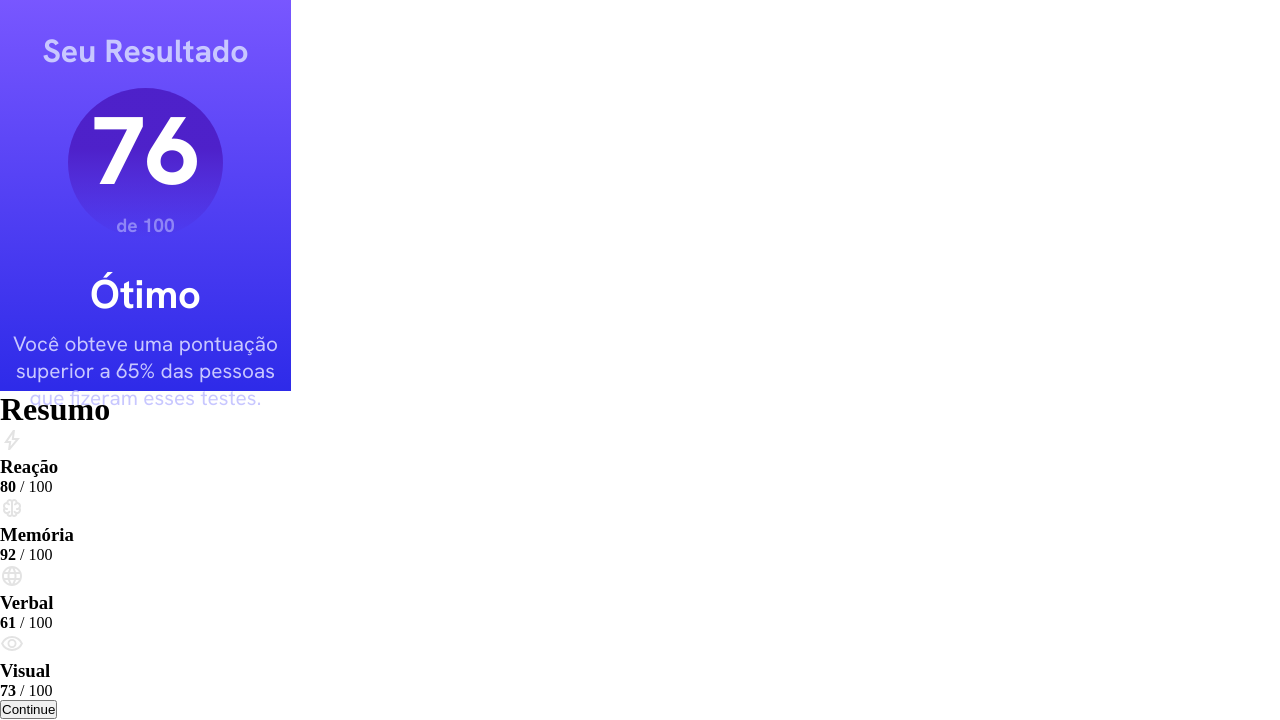
Repository: caique2512/resumo-de-resultados
Page: index.html
An editor plug-in stored every save of this project. The page is shown before and after the next save, followed by the edit.
The browser window is 1280 px wide. The pictures show the whole page.

Above is the page before, as saved 2026-03-09 17:11:20.

### index.html
<!DOCTYPE html>
<html lang="pt-br">
<head>
    <meta charset="UTF-8">
    <meta name="viewport" content="width=device-width, initial-scale=1.0">
    <title>Resumo de Resultados</title>
    <link rel="stylesheet" href="src/css/estilos.css">
    <link rel="stylesheet" href="src/css/reset.css">
</head>
<body>
    <main class="conteudo">
        <div class="principal">
            <h1 class="titulo">Seu Resultado</h1>
            <div class="circulo">
                <h2>76</h2>
                <p>de 100</p>
            </div>
            <h2 class="resultado">Ótimo</h2>
            <p class="subtitle">Você obteve uma pontuação superior a 65% das pessoas que fizeram esses testes.</p>
        </div>
        <div>
            <h1 class="titulo1">Resumo</h1>
            <div class="classes">
                <div class="resumo1">
                    <img src="./src/images/raio.svg" alt="Raio">
                    <h3>Reação</h3>
                    <p><strong>80</strong> / 100</p>
                </div>
                <div class="resumo2">
                    <img src="./src/images/memoria.svg" alt="Memória">
                    <h3>Memória</h3>
                    <p><strong>92</strong> / 100</p>
                </div>
                <div class="resumo3">
                    <img src="./src/images/mensagem.svg" alt="Mensagem">
                    <h3>Verbal</h3>
                    <p><strong>61</strong> / 100</p>
                </div>
                <div class="resumo4">
                    <img src="./src/images/olho.svg" alt="olho">
                    <h3>Visual</h3>
                    <p><strong>73</strong> / 100</p>
                </div>
            </div>
            <button class="btn-resumo">Continue</button>
        </div>
    </main>
</body>
</html>

### src/css/estilos.css
@import url('https://fonts.googleapis.com/css2?family=Hanken+Grotesk:ital,wght@0,100..900;1,100..900&display=swap');


.principal {
    background: linear-gradient(hsl(252, 100%, 67%), hsl(241, 81%, 54%));
    width: 291px;
    height: 391px;
    display: flex;
    flex-direction: column;
    align-items: center;
}

.titulo {
    color: hsl(241, 100%, 89%);
    font-family: "Hanken Grotesk";
    margin-top: 30px;
    font-size: 2rem;
}

.circulo {
    background: linear-gradient(hsla(256, 72%, 46%, 1) 40%, hsla(241, 72%, 46%, 0));
    width: 155px;
    height: 155px;
    border-radius: 50%;
    display: flex;
    align-items: center;
    justify-content: center;
    flex-direction: column;
    margin-top: 1rem;
}

.circulo h2 {
    font-size: 6rem;
    font-family: "Hanken Grotesk";
    font-weight: 800;
    color: hsl(0, 0%, 100%);
}

.circulo p {
    color: hsla(241, 100%, 89%, 0.538);
    font-family: "Hanken Grotesk";
    font-weight: 700;
    font-size: 1.2rem;
}

.principal .resultado {
    color: white;
    font-family: "Hanken Grotesk";
    margin-top: 30px;
    font-size: 2.5rem;

}

.principal .subtitle {
    color: hsl(241, 100%, 89%);
    font-family: "Hanken Grotesk";
    width: 280px;
    display: flex;
    text-align: center;
    margin: 10px;
    font-size: 1.3rem;
}

### src/css/reset.css


* {
    margin: 0;
    padding: 0;
    box-sizing: border-box;
}

After the next save:
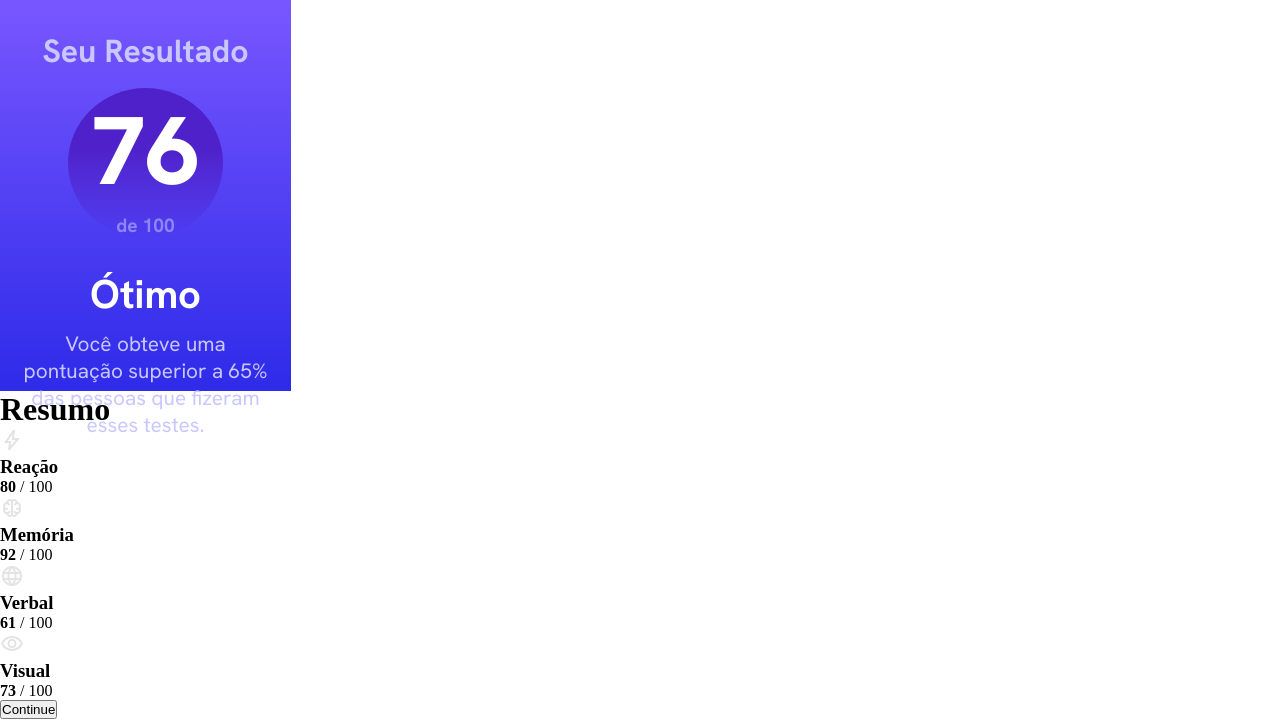
Saved 7 s later.
--- a/src/css/estilos.css
+++ b/src/css/estilos.css
@@ -54,7 +54,7 @@
 .principal .subtitle {
     color: hsl(241, 100%, 89%);
     font-family: "Hanken Grotesk";
-    width: 280px;
+    width: 250px;
     display: flex;
     text-align: center;
     margin: 10px;
